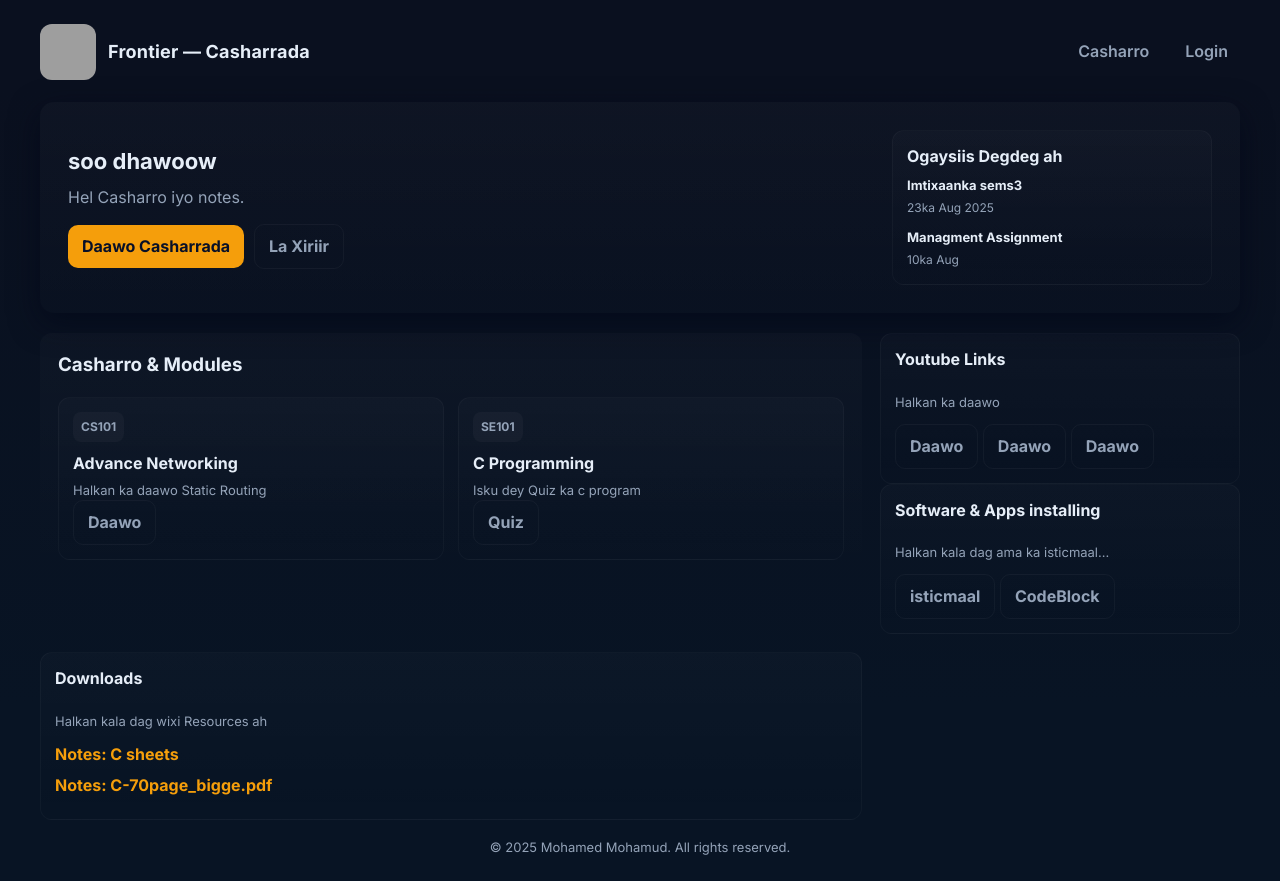
Repository: mrfiiqane/Al-Tacaawun.com
Page: index.html
An editor plug-in stored every save of this project. The page is shown before and after the next save, followed by the edit.
The browser window is 1280 px wide. The pictures show the whole page.
Pictures or frames that could not be fetched are drawn as grey boxes.

Above is the page before, as saved 2025-08-12 08:56:36.

After the next save:
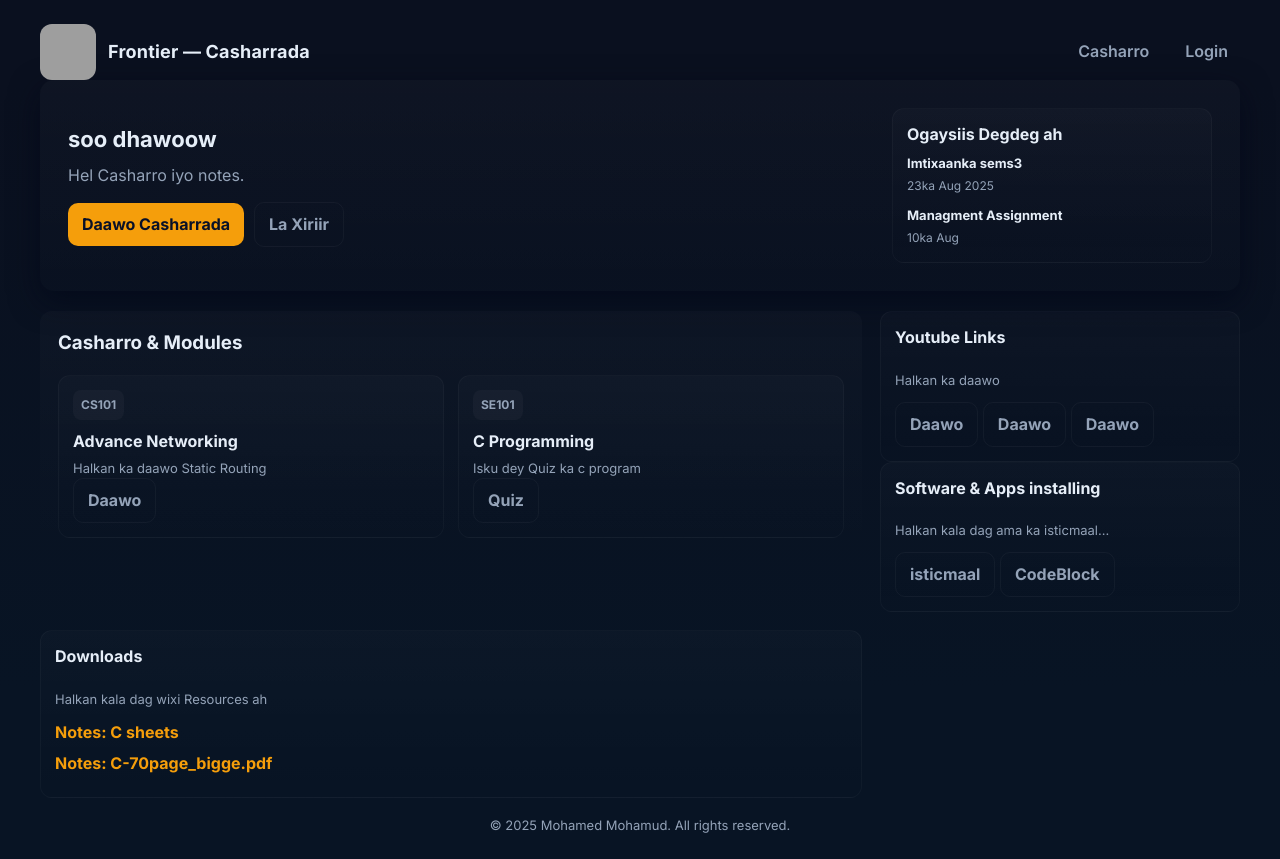
Saved 43 s later.
--- a/style.css
+++ b/style.css
@@ -36,7 +36,7 @@
       align-items:center;
       justify-content:space-between;
       gap:16px;
-      margin-bottom:22px;
+      margin: ;
     }
     .brand{
       display:flex;
